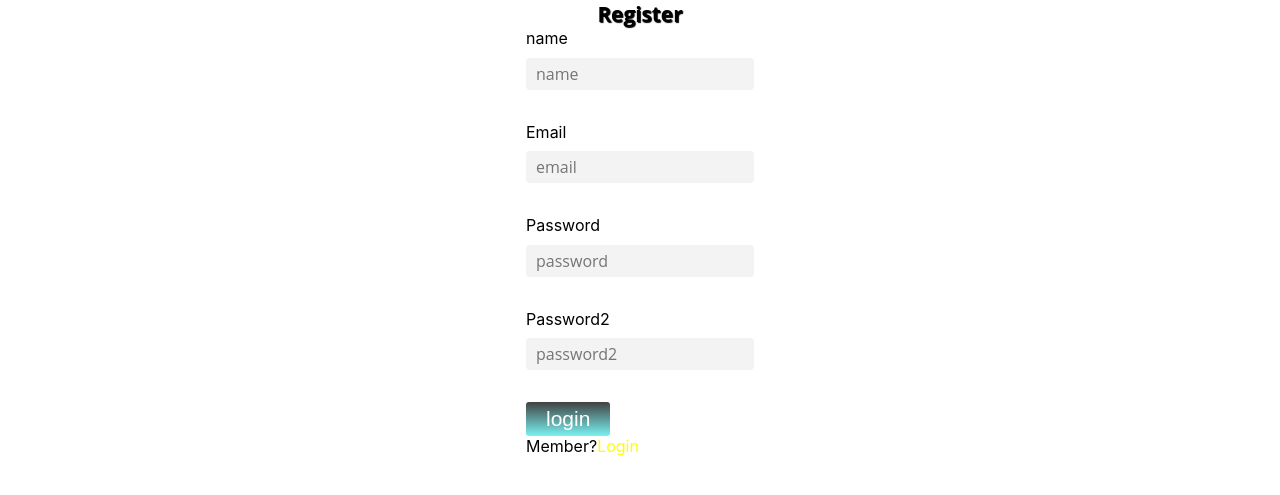
Repository: CSituma/React-Express-Form-Logic
Page: /register (app in client/)
These files come from the project's save history. The page is drawn as it stood at one moment and after the next save; the edit follows.
The browser window is 1280 px wide. The pictures show the whole page.
The project was rebuilt for these pictures with package versions that can differ from the ones it lists, and the page was loaded fresh each time. Also part of the build but not shown: client/src/components/login/login.jsx.

Above is the page before, as saved 2020-11-28 21:56:08.

After the next save:
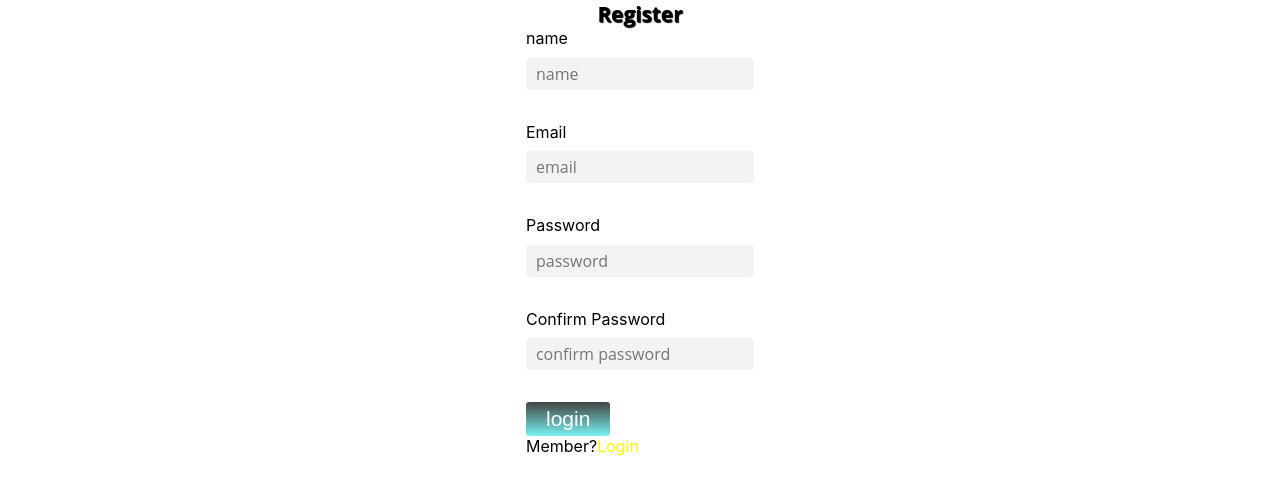
Saved 99 s later.
--- a/client/src/components/login/register.jsx
+++ b/client/src/components/login/register.jsx
@@ -8,7 +8,7 @@ state = {
 name:"",
 email:"",
 password:"",
-password2:""
+
 
 
   }
@@ -27,7 +27,7 @@ handleChange = (e) =>{
        name:this.state.name,
       email:this.state.email,
       password:this.state.password,
-      password2:this.state.password2
+
     }
 
   axios({
@@ -77,8 +77,8 @@ handleChange = (e) =>{
             </div>
 
             <div className="form-group">
-              <label htmlFor="password2">Password2</label>
-              <input type="password2" name="password2"placeholder="password2" autoComplete="true" value= {this.state.password2} onChange={this.handleChange} />
+              <label htmlFor="password2">Confirm Password</label>
+              <input type="password" name="password"placeholder="confirm password" autoComplete="true" value= {this.state.password} onChange={this.handleChange} />
             </div>
 
              <button className="btn">login </button>
